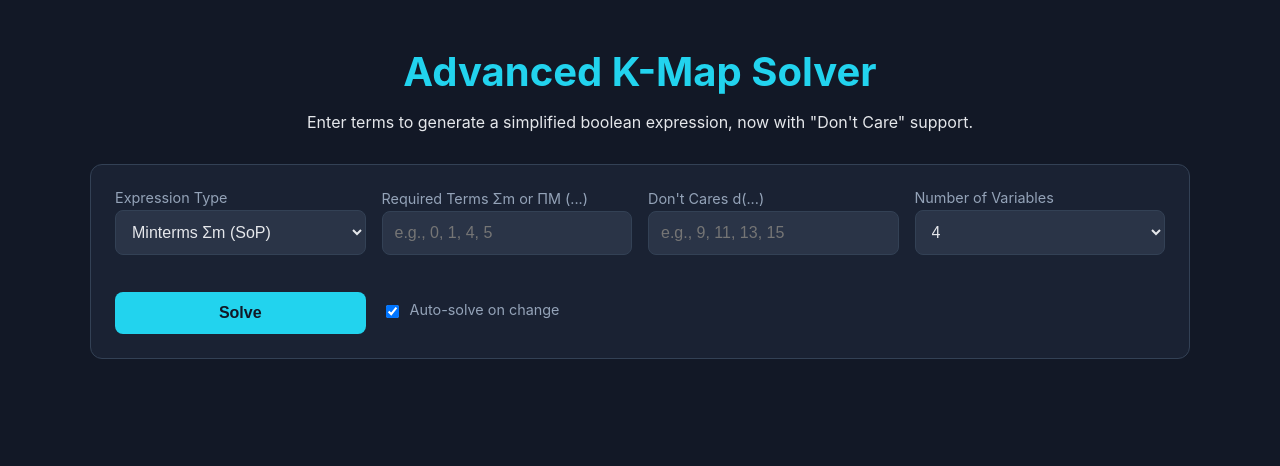
Repository: Rakibul-Hashan/kmap-generator
Page: index.html
These files come from the project's save history. The page is drawn as it stood at one moment and after the next save; the edit follows.
The browser window is 1280 px wide. The pictures show the whole page.

Above is the page before, as saved 2025-09-11 20:08:54.

After the next save:
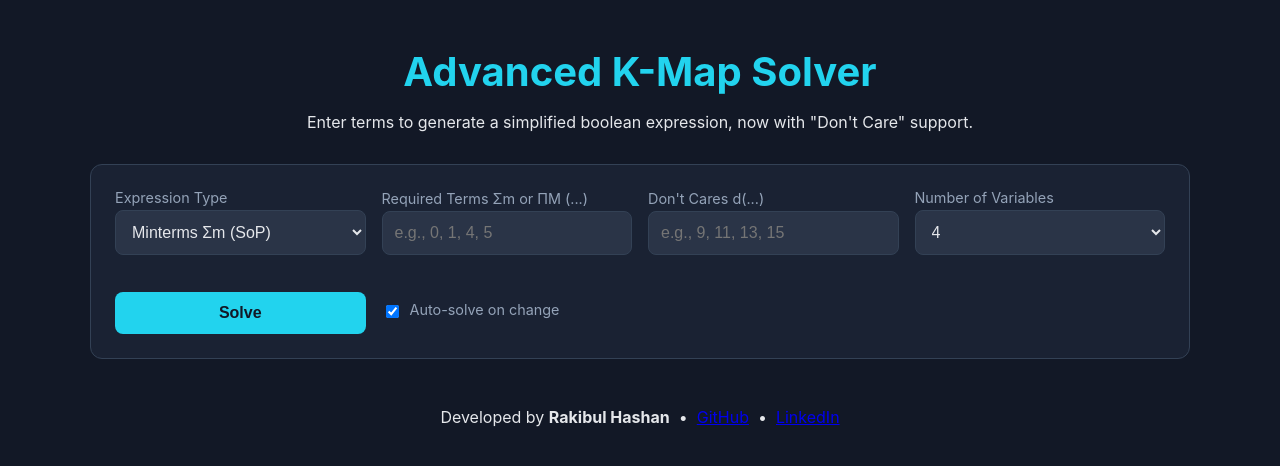
Saved 7 s later.
--- a/index.html
+++ b/index.html
@@ -53,6 +53,15 @@
     <div id="error-message"></div>
     <div id="solution"></div>
   </div>
+      <footer>
+        <p>
+            Developed by <strong>Rakibul Hashan</strong>
+            &nbsp;&bull;&nbsp;
+            <a href="https://github.com/Rakibul-Hashan" target="_blank" rel="noopener noreferrer">GitHub</a>
+            &nbsp;&bull;&nbsp;
+            <a href="https://www.linkedin.com/in/rakibulhashanrabbi" target="_blank" rel="noopener noreferrer">LinkedIn</a>
+        </p>
+    </footer>
 
 <script src="script.js"></script>
 </body>
